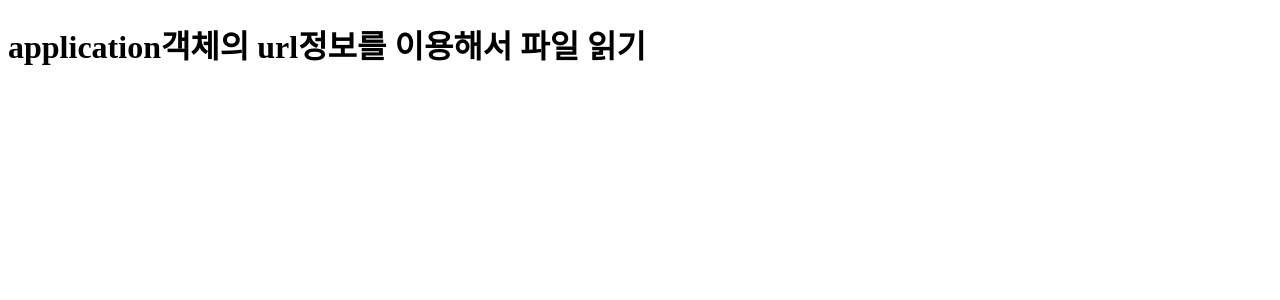
Repository: yeobleeme/06_jsp_basic
Page: http://localhost/jsp01_basic/jsp04_object/jsp04_readfile_03.jsp
These files come from the project's save history. The page is drawn as it stood at one moment and after the next save; the edit follows.
The browser window is 1280 px wide. The pictures show the whole page.
The page is served by Tomcat 9.

Above is the page before, as saved 2023-05-11 02:15:19.

After the next save:
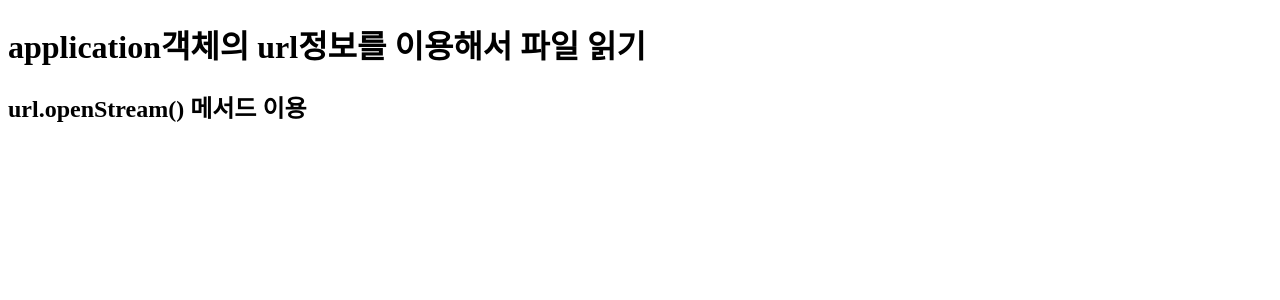
Saved 17 s later.
--- a/jsp01_basic/WebContent/jsp04_object/jsp04_readfile_03.jsp
+++ b/jsp01_basic/WebContent/jsp04_object/jsp04_readfile_03.jsp
@@ -7,5 +7,6 @@
 </head>
 <body>
 	<h1>application객체의 url정보를 이용해서 파일 읽기</h1>
+	<h2>url.openStream() 메서드 이용</h2>
 </body>
 </html>
